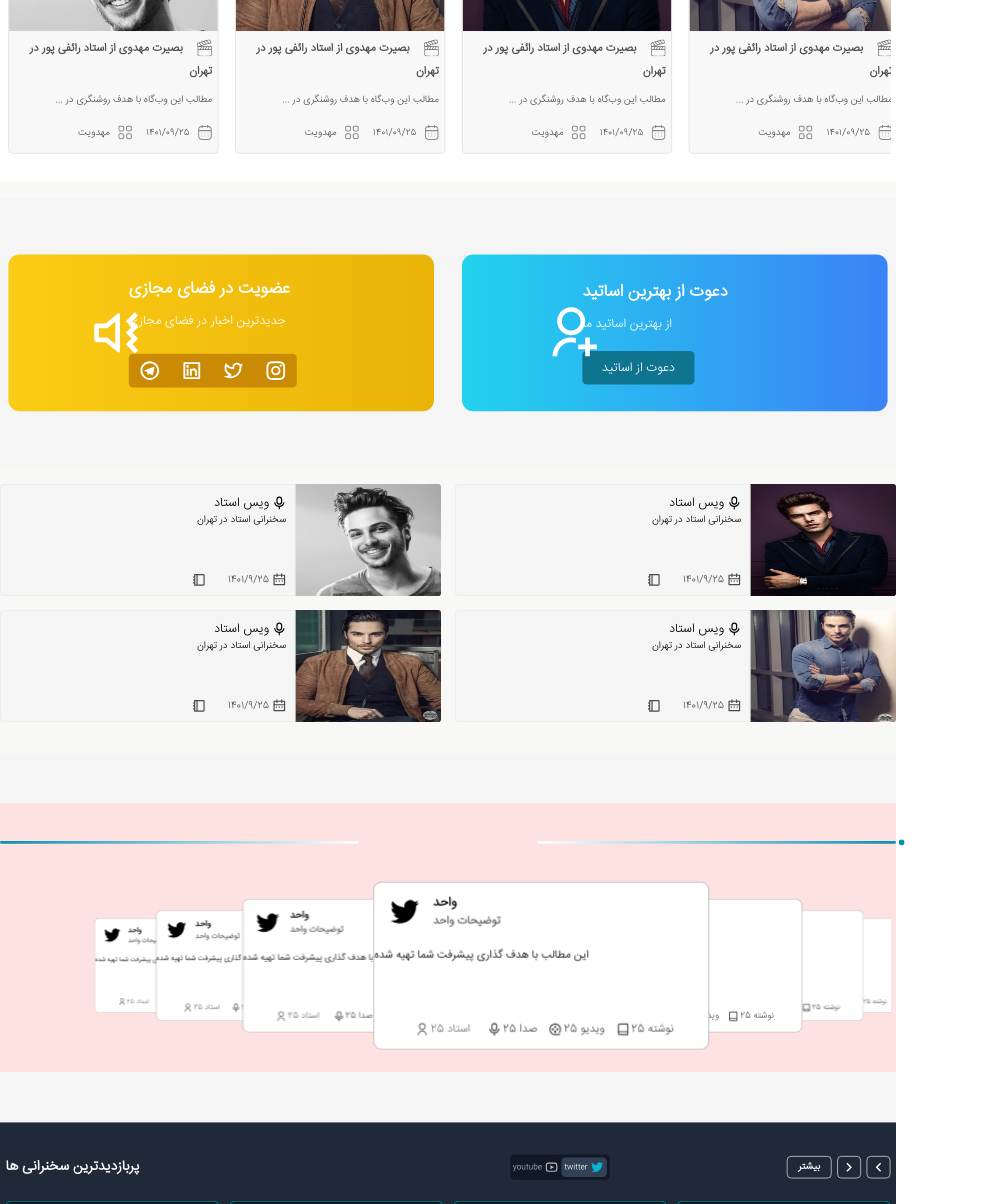
Repository: homan-tehrani/uiUserNative
Page: /
An editor plug-in stored every save of this project. The page is shown before and after the next save, followed by the edit.
The browser window is 1280 px wide. The page is 1432 px wide, so the pictures cover 1432 px, including what lies to the right of the window. The pictures show the part of the page from y = 1179 to 2899 px (the page is 5134 px tall), at 70% of full size.
The page's requests for data from a server got no answer. The project was rebuilt for these pictures with package versions that can differ from the ones it lists, and the page was loaded fresh each time. The framework's server and built-in components were replaced by stand-ins that run in the browser. No one was signed in, and anything a server would have sent is missing. Also part of the build but not shown: next.config.js, src/components/MenuForUnits.js, src/components/AccordionForUnits.js, src/components/MenuResponsive.js.

Above is the page before, as saved 2023-04-25 03:02:42.

### src/pages/_app.js
import Layoute from 'components/layout/Layoute'
import 'styles/globals.css'

export default function App({ Component, pageProps }) {
  return <Layoute>
    <Component {...pageProps} />
  </Layoute>
}

### src/pages/index.js
import Head from 'next/head';
import Layoute from '../components/layout/Layoute';
import Loading from '../components/loading';
import Slider from '../components/Slider';
import Album1 from '../components/Album1';
import Invitation from '../components/Invitation';
import Album2 from '../components/Album2';
import Description from '../components/Description';
import Album3 from '../components/Album3';
import Suggestion from '../components/Suggestion';
import { useEffect } from 'react';

export default function Home({ datas }) {
  return (
    <>
      <Head>
        <title>خانه</title>
        <meta
          name="description"
          content="Generated by create next app"
        />
        <meta
          name="viewport"
          content="width=device-width, initial-scale=1"
        />
        <link rel="icon" href="/favicon.ico" />
      </Head>
      <main className="bg-[#F8F8F6]">

        <>
          <Slider />
          <Album1 />
          <Invitation />
          <Album2 />
          <Description />
          <Album3 />
          <Suggestion />
        </>

      </main>
    </>
  );
}

// export async function getStaticProps(context){

//   const res = await fetch("https://nativecontent.sirafgroup.com/api/v1/tag/contentByTag/")
//   const data = await res.json(res)
//   console.log(data);

//   if (!data) {
//     return {
//       notFound: true,
//     }
//   }

//   return{
//     props: {

//     }
//   }

// }

### src/components/layout/Layoute.js
import React from "react";
import Header from "./Header";
import Fotter from "./Fotter";
import Speech from "../Speech";

export default function Layoute({ children , datas }) {
  return (
    <>
      <Header  />
      <div>{children}</div>
      <Speech />
      <Fotter datas={datas} />
    </>
  );
}

### src/styles/globals.css
@tailwind base;
@tailwind components;
@tailwind utilities;

@font-face {
    font-family: iransans;
    src: url("../../public/assets/fonts/iransans/irsans-l.woff");
}

html , body{
    font-family: iransans;
  }

.slider-master
.swiper-pagination-bullet{
  width: 14px;
  height: 14px;
  background-color: #3998AC;
}

.slider-master
.swiper-pagination-bullet-active {
  width: 60px;
  border-radius: 60px;
}

### src/components/loading.js
const Loading =()=> {
    return (
      <div className="w-full h-full flex justify-center items-center py-5">
        <svg aria-hidden="true" class="w-12 h-12 text-gray-200 animate-spin dark:text-gray-600 fill-cyan-600" viewBox="0 0 100 101" fill="none" xmlns="http://www.w3.org/2000/svg">
            <path d="M100 50.5908C100 78.2051 77.6142 100.591 50 100.591C22.3858 100.591 0 78.2051 0 50.5908C0 22.9766 22.3858 0.59082 50 0.59082C77.6142 0.59082 100 22.9766 100 50.5908ZM9.08144 50.5908C9.08144 73.1895 27.4013 91.5094 50 91.5094C72.5987 91.5094 90.9186 73.1895 90.9186 50.5908C90.9186 27.9921 72.5987 9.67226 50 9.67226C27.4013 9.67226 9.08144 27.9921 9.08144 50.5908Z" fill="currentColor"/>
            <path d="M93.9676 39.0409C96.393 38.4038 97.8624 35.9116 97.0079 33.5539C95.2932 28.8227 92.871 24.3692 89.8167 20.348C85.8452 15.1192 80.8826 10.7238 75.2124 7.41289C69.5422 4.10194 63.2754 1.94025 56.7698 1.05124C51.7666 0.367541 46.6976 0.446843 41.7345 1.27873C39.2613 1.69328 37.813 4.19778 38.4501 6.62326C39.0873 9.04874 41.5694 10.4717 44.0505 10.1071C47.8511 9.54855 51.7191 9.52689 55.5402 10.0491C60.8642 10.7766 65.9928 12.5457 70.6331 15.2552C75.2735 17.9648 79.3347 21.5619 82.5849 25.841C84.9175 28.9121 86.7997 32.2913 88.1811 35.8758C89.083 38.2158 91.5421 39.6781 93.9676 39.0409Z" fill="currentFill"/>
        </svg>
      </div>
    );
  }

  export default Loading;

### src/components/Slider.js
import React, { useEffect, useState } from "react";
import { Swiper, SwiperSlide } from "swiper/react";
import { Navigation, EffectFade, Pagination, Scrollbar, A11y } from "swiper";
import { useRef } from "react";
import Loading from "./loading";
import ImageProfile from "assets/images/image.jpg";

import "swiper/css";
import "swiper/css/navigation";
import "swiper/css/pagination";
import "swiper/css/scrollbar";
import { sliderPhoto } from "../../src/db.json";
import Survey from "./Survey";

export default function Slider() {
  const [imagesSlider, setImagesSlider] = useState(null);
  const swiperRef = useRef();

  useEffect(() => {
    setImagesSlider(sliderPhoto);
  }, []);

  if (!imagesSlider) {
    return <Loading />;
  }

  return (
    <div className="container mx-auto w-full h-full  py-7 px-2">
      <Swiper
        wrapperClass="w-full"
        modules={[Navigation, Pagination, Scrollbar, A11y, EffectFade, Pagination]}
        spaceBetween="auto"
        loop={true}
        autoplay={{
          delay: 1000,
          disableOnInteraction: false,
        }}
        navigation={{
            nextEl: '.swiper-button-next',
            prevEl: '.swiper-button-prev',
        }}
        onBeforeInit={(swiper) => {
          swiperRef.current = swiper;
        }}
        slidesPerView={1}
        effect="fade"
        className="slider-master max-h-[32rem] min-h-full rounded-3xl overflow-hidden"
      >
        {imagesSlider.map((item) => (
          <SwiperSlide key={item.id} className="w-full h-full">
            <img
              className="w-full h-[32rem] object-cover"
              src="assets/images/image.jpg"
            />
          </SwiperSlide>
        ))}
        <div
          className="swiper-button-prev !text-white mx-8 after:!text-4xl"
        ></div>
        <div
          className="swiper-button-next !text-white mx-8 after:!text-4xl"
        ></div>

      </Swiper>
      <div className="custom-pagination"></div>
      <Survey/>

       </div>

  );
}

### src/components/Album2.js
import React, { useRef, useState , useEffect } from "react";
import { Swiper, SwiperSlide } from "swiper/react";
import Loading from "./loading";
import MorSpeech from "components/MorSpeech";
import Link from "next/link";

import "swiper/css";
import "swiper/css/grid";
import "swiper/css/pagination";
import { Grid, Pagination ,Navigation} from "swiper";
import {albumPhoto2} from "db.json"

export default function Album2() {
    const [itmes , setItems]= useState([])
    const swiperRef = useRef();
    useEffect(() => {
      setItems(albumPhoto2);
    }, []);

    const prevSlideHandler =()=>{
        swiperRef.current?.slidePrev();
    }

  return (
    <div className=" container px-2z mx-auto ">
    <div className=" mb-6 ">
    </div>
      <Swiper
        slidesPerView={3}
        grid={{
          rows: 2,
        }}
        spaceBetween={20}
        modules={[Grid, Pagination, Navigation]}
        onBeforeInit={(swiper) => {
          swiperRef.current = swiper;
        }}
        breakpoints={{
          // when window width is >= 640px
          0: {
            slidesPerView: 1,
          },
          640: {
            slidesPerView: 2,
          },
          1370: {
            slidesPerView: 3,
          },
        }}
        className="w-full h-96  "
      >
        {itmes.map(item=>
            <SwiperSlide key={item.id} className="!flex !h-40 rounded overflow-hidden ">
                <Link href="/units" dir="rtl" className="flex cursor-pointer w-full  h-full rounded-l-md ">
                    <div className="w-1/2 h-full">
                        <img className="w-full h-full" src={item.src} alt={item.alt} />
                    </div>
                    <div className="flex flex-col justify-between h-full w-full py-3 pr-3 bg-neutral-100 border rounded-l-md">
                    <div>
                        <div className="flex items-center gap-x-1">
                        <svg xmlns="http://www.w3.org/2000/svg" viewBox="0 0 24 24" width="20" height="20"><path fill="none" d="M0 0h24v24H0z"/><path d="M12 3a3 3 0 0 0-3 3v4a3 3 0 0 0 6 0V6a3 3 0 0 0-3-3zm0-2a5 5 0 0 1 5 5v4a5 5 0 0 1-10 0V6a5 5 0 0 1 5-5zM3.055 11H5.07a7.002 7.002 0 0 0 13.858 0h2.016A9.004 9.004 0 0 1 13 18.945V23h-2v-4.055A9.004 9.004 0 0 1 3.055 11z"/></svg>
                        <p className="text-lg">ویس استاد</p>
                        </div>

                        <p className="text-sm">سخنرانی استاد در تهران</p>
                    </div>

                    <div dir="rtl" className="flex gap-x-8 opacity-70 text-sm ">
                            <div className="flex gap-x-1">
                            <svg xmlns="http://www.w3.org/2000/svg" viewBox="0 0 24 24" width="20" height="20"><path fill="none" d="M0 0h24v24H0z"/><path d="M17 3h4a1 1 0 0 1 1 1v16a1 1 0 0 1-1 1H3a1 1 0 0 1-1-1V4a1 1 0 0 1 1-1h4V1h2v2h6V1h2v2zm3 8H4v8h16v-8zm-5-6H9v2H7V5H4v4h16V5h-3v2h-2V5zm-9 8h2v2H6v-2zm5 0h2v2h-2v-2zm5 0h2v2h-2v-2z"/></svg>
                            <p>1401/9/25</p>
                            </div>

                            <svg xmlns="http://www.w3.org/2000/svg" viewBox="0 0 24 24" width="20" height="20"><path fill="none" d="M0 0h24v24H0z"/><path d="M20.005 2C21.107 2 22 2.898 22 3.99v16.02c0 1.099-.893 1.99-1.995 1.99H4v-4H2v-2h2v-3H2v-2h2V8H2V6h2V2h16.005zM8 4H6v16h2V4zm12 0H10v16h10V4z"/></svg>
                         </div>
                    </div>
                    </Link>


            </SwiperSlide>
            )}

      </Swiper>
    </div>
  );
}

### src/components/Speech.js
import React, { useEffect, useState } from "react";
import Loading from "./loading";
import {speech} from "../../src/db.json"

export default function Speech({ datas }) {
  const [imageSpeech, setImageSpeech] = useState(null);
  useEffect(() => {
    setImageSpeech(speech);
  }, []);

  if (!imageSpeech) {
    return <Loading />;
  }
  return (
    <div className="w-full flex justify-center items-center relative ">
      <div className="flex flex-col w-full h-max">
        <div className="flex flex-col w-full ">
          <img
            src={imageSpeech[0].src}
            alt={imageSpeech[0].alt}
            className="w-full h-full object-cover"
          />
        </div>
      </div>
    </div>
  );
}

### src/components/MorSpeech.js
import React from 'react'


export default function MorSpeech({nextButtonHandler , prevButtonHandler , icons , underline , content , colorIcon , colorText , classMore , moreHandler,addHandler}) {

  return (
    <div  className='flex flex-col justify-center   w-full h-max '>
      <div className='flex justify-between items-center gap-x-0   md:px-0 xs:gap-x-6 '>
        <p className={`${colorText} font-bold text-xl`}>{content}</p>

        {icons && <div  className='flex items-center justify-center w-max gap-x-1 h-8 bg-gray-900 ml-96 text-xsm text-white  px-1 rounded-sm'>

        <button className='flex items-center justify-center gap-x-1 opacity-70'>
        <p>youtube</p>
        <svg xmlns="http://www.w3.org/2000/svg" className='fill-white' viewBox="0 0 24 24" width="20" height="20"><path fill="none" d="M0 0h24v24H0z"/><path d="M19.606 6.995c-.076-.298-.292-.523-.539-.592C18.63 6.28 16.5 6 12 6s-6.628.28-7.069.403c-.244.068-.46.293-.537.592C4.285 7.419 4 9.196 4 12s.285 4.58.394 5.006c.076.297.292.522.538.59C5.372 17.72 7.5 18 12 18s6.629-.28 7.069-.403c.244-.068.46-.293.537-.592C19.715 16.581 20 14.8 20 12s-.285-4.58-.394-5.005zm1.937-.497C22 8.28 22 12 22 12s0 3.72-.457 5.502c-.254.985-.997 1.76-1.938 2.022C17.896 20 12 20 12 20s-5.893 0-7.605-.476c-.945-.266-1.687-1.04-1.938-2.022C2 15.72 2 12 2 12s0-3.72.457-5.502c.254-.985.997-1.76 1.938-2.022C6.107 4 12 4 12 4s5.896 0 7.605.476c.945.266 1.687 1.04 1.938 2.022zM10 15.5v-7l6 3.5-6 3.5z"/></svg>
            </button>
        <button className='flex items-center justify-center gap-x-1 bg-slate-700 p-1 rounded-md'>
        <p>twitter</p>
          <svg xmlns="http://www.w3.org/2000/svg" className='fill-cyan-500' viewBox="0 0 24 24" width="20" height="20"><path fill="none" d="M0 0h24v24H0z"/><path d="M22.162 5.656a8.384 8.384 0 0 1-2.402.658A4.196 4.196 0 0 0 21.6 4c-.82.488-1.719.83-2.656 1.015a4.182 4.182 0 0 0-7.126 3.814 11.874 11.874 0 0 1-8.62-4.37 4.168 4.168 0 0 0-.566 2.103c0 1.45.738 2.731 1.86 3.481a4.168 4.168 0 0 1-1.894-.523v.052a4.185 4.185 0 0 0 3.355 4.101 4.21 4.21 0 0 1-1.89.072A4.185 4.185 0 0 0 7.97 16.65a8.394 8.394 0 0 1-6.191 1.732 11.83 11.83 0 0 0 6.41 1.88c7.693 0 11.9-6.373 11.9-11.9 0-.18-.005-.362-.013-.54a8.496 8.496 0 0 0 2.087-2.165z"/></svg>

          </button>
        </div>}
        <div className='flex gap-x-2 '>
            <button onClick={()=>moreHandler} className={`text-${classMore} border border-${classMore} xs:w-12 font-bold text-sm rounded-md w-16 h-8`}>بیشتر</button>
            <button className='border rounded-md px-1' onClick={prevButtonHandler}>
            <svg xmlns="http://www.w3.org/2000/svg" className={colorIcon} viewBox="0 0 24 24" width="24" height="24"><path fill="none" d="M0 0h24v24H0z"/><path d="M13.172 12l-4.95-4.95 1.414-1.414L16 12l-6.364 6.364-1.414-1.414z"/></svg>
            </button>
            <button className='border rounded-md px-1 ' onClick={nextButtonHandler}>
            <svg xmlns="http://www.w3.org/2000/svg" className={colorIcon} viewBox="0 0 24 24" width="24" height="24"><path fill="none" d="M0 0h24v24H0z"/><path d="M10.828 12l4.95 4.95-1.414 1.414L8 12l6.364-6.364 1.414 1.414z"/></svg>
            </button>
        </div>
      </div>
      {underline && <div className='bg-blue-200 h-0.5 w-full mt-3 bg-gradient-to-l from-blue-300 to-white'></div>}
    </div>
  )
}

### tailwind.config.js
/** @type {import('tailwindcss').Config} */
module.exports = {
  content: [
    "./app/**/*.{js,ts,jsx,tsx}",
    "./pages/**/*.{js,ts,jsx,tsx}",
    "./components/**/*.{js,ts,jsx,tsx}",

    // Or if using `src` directory:
    "./src/**/*.{js,ts,jsx,tsx}",
  ],
  theme: {
    extend: {
      screens:{
        'xs':{'max':'430px'},
      },
      spacing: {
        '148': '37rem',
        '120':'36rem',
        '152':'42rem',
        '90':'25rem',
        '98':'28rem',
        '100':'30rem',
        '110':'33rem',
        'ppx':'0.5px',
        '400px': '400px',
        '300px':'300px',
        '1200px':'1200px',
        '370px':'370px',
        '305px':'305px',
        '282px':'282px'
      },
      fontSize:{
        tsm:['13px','19px'],
        ssm:['12px','18px'],
        xsm:['11px','17px'],
        xxsm:['10px','16px'],
        xxxsm:['8px','12px'],
      },
    },
  },
  plugins: [],
}

Loaded but not shown: src/components/Description.js (library); src/db.json (58 lines, source omitted); src/components/layout/Header.js (172 lines, source omitted); src/components/layout/Fotter.js (133 lines, source omitted); src/components/NavBar.js (92 lines, source omitted); src/components/Album1.js (130 lines, source omitted); src/components/Invitation.js (47 lines, source omitted); src/components/Survey.js (87 lines, source omitted); src/components/Album3.js (128 lines, source omitted); src/components/Suggestion.js (107 lines, source omitted)

After the next save:
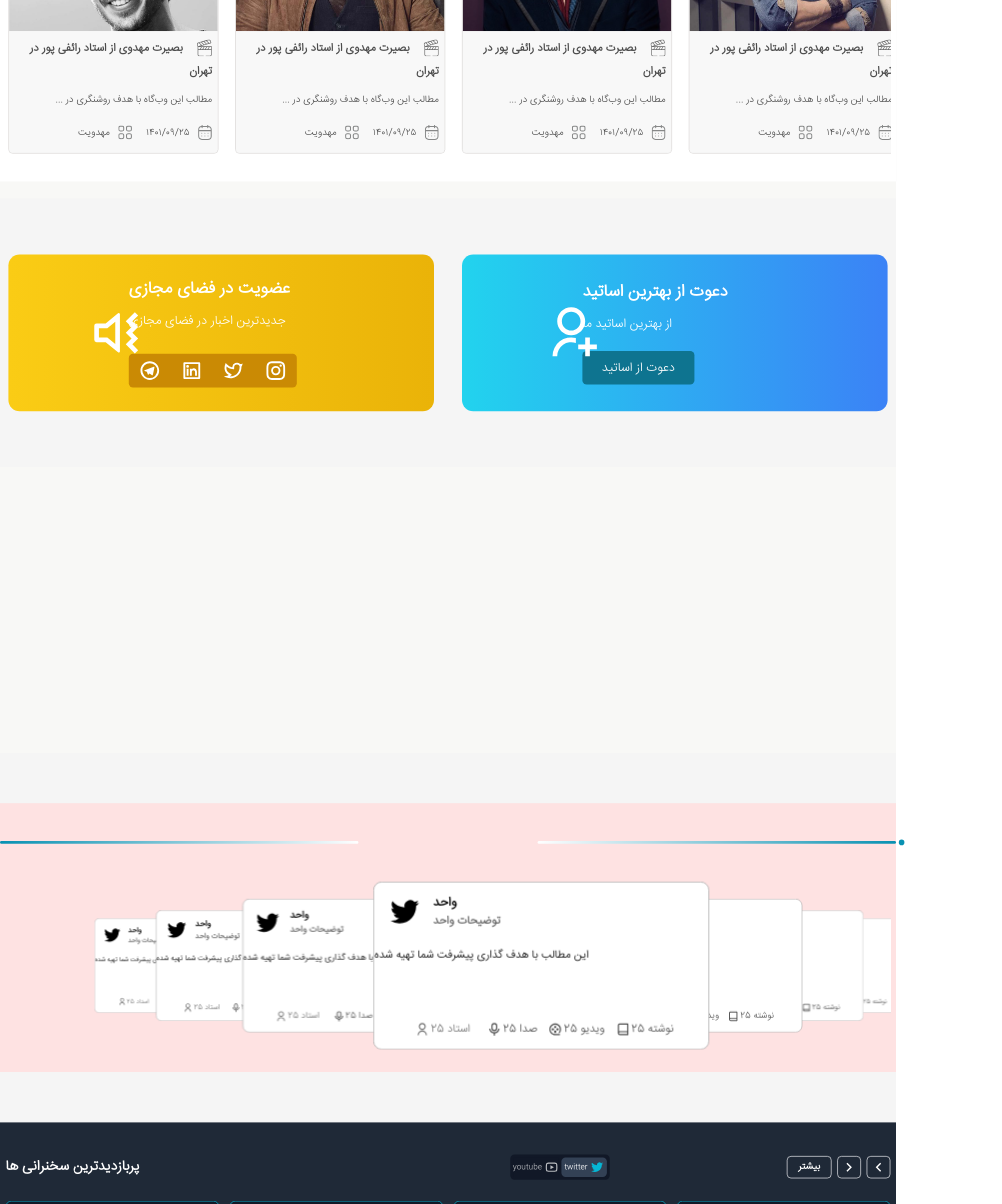
Saved 6 h 23 min later.
--- a/src/components/Album2.js
+++ b/src/components/Album2.js
@@ -1,30 +1,38 @@
-import React, { useRef, useState , useEffect } from "react";
-import { Swiper, SwiperSlide } from "swiper/react";
-import Loading from "./loading";
-import MorSpeech from "components/MorSpeech";
-import Link from "next/link";
+import React, { useRef, useState, useEffect } from 'react';
+import { Swiper, SwiperSlide } from 'swiper/react';
+import Loading from './loading';
+import MorSpeech from 'components/MorSpeech';
+import Link from 'next/link';
 
-import "swiper/css";
-import "swiper/css/grid";
-import "swiper/css/pagination";
-import { Grid, Pagination ,Navigation} from "swiper";
-import {albumPhoto2} from "db.json"
+import 'swiper/css';
+import 'swiper/css/grid';
+import 'swiper/css/pagination';
+import { Grid, Pagination, Navigation } from 'swiper';
+import { albumPhoto2 } from 'db.json';
 
 export default function Album2() {
-    const [itmes , setItems]= useState([])
-    const swiperRef = useRef();
-    useEffect(() => {
-      setItems(albumPhoto2);
-    }, []);
+  const [itmes, setItems] = useState([]);
+  const swiperRef = useRef();
+  useEffect(() => {
+    const fetchData = async () => {
+      const response = await fetch(
+        'https://nativecontent.sirafgroup.com/api/v1/category/contentByCategory/?categoryId=1&count=10'
+      );
+      const data = await response.json();
+      setItems(data?.data);
+    };
+    fetchData();
+  }, []);
 
-    const prevSlideHandler =()=>{
-        swiperRef.current?.slidePrev();
-    }
+  const prevSlideHandler = () => {
+    swiperRef.current?.slidePrev();
+  };
+
+  console.log(itmes);
 
   return (
     <div className=" container px-2z mx-auto ">
-    <div className=" mb-6 ">
-    </div>
+      <div className=" mb-6 "></div>
       <Swiper
         slidesPerView={3}
         grid={{
@@ -49,37 +57,78 @@ export default function Album2() {
         }}
         className="w-full h-96  "
       >
-        {itmes.map(item=>
-            <SwiperSlide key={item.id} className="!flex !h-40 rounded overflow-hidden ">
-                <Link href="/units" dir="rtl" className="flex cursor-pointer w-full  h-full rounded-l-md ">
-                    <div className="w-1/2 h-full">
-                        <img className="w-full h-full" src={item.src} alt={item.alt} />
-                    </div>
-                    <div className="flex flex-col justify-between h-full w-full py-3 pr-3 bg-neutral-100 border rounded-l-md">
-                    <div>
-                        <div className="flex items-center gap-x-1">
-                        <svg xmlns="http://www.w3.org/2000/svg" viewBox="0 0 24 24" width="20" height="20"><path fill="none" d="M0 0h24v24H0z"/><path d="M12 3a3 3 0 0 0-3 3v4a3 3 0 0 0 6 0V6a3 3 0 0 0-3-3zm0-2a5 5 0 0 1 5 5v4a5 5 0 0 1-10 0V6a5 5 0 0 1 5-5zM3.055 11H5.07a7.002 7.002 0 0 0 13.858 0h2.016A9.004 9.004 0 0 1 13 18.945V23h-2v-4.055A9.004 9.004 0 0 1 3.055 11z"/></svg>
-                        <p className="text-lg">ویس استاد</p>
-                        </div>
+        {itmes.map((item) => (
+          <SwiperSlide
+            key={item.id}
+            className="!flex !h-40 rounded overflow-hidden "
+          >
+            <Link
+              href={`/units/${item.id}`}
+              dir="rtl"
+              className="flex cursor-pointer w-full  h-full rounded-l-md "
+            >
+              <div className="w-1/3 h-full">
+                <img
+                  className="w-full h-full"
+                  src={item.coverImage}
+                  alt={item.title}
+                />
+              </div>
+              <div className="flex flex-col w-2/3 justify-between h-full py-3 pr-3 bg-neutral-100 border rounded-l-md">
+                <div>
+                  <div className="flex items-center gap-x-1">
+                    <svg
+                      xmlns="http://www.w3.org/2000/svg"
+                      viewBox="0 0 24 24"
+                      width="20"
+                      height="20"
+                    >
+                      <path fill="none" d="M0 0h24v24H0z" />
+                      <path d="M12 3a3 3 0 0 0-3 3v4a3 3 0 0 0 6 0V6a3 3 0 0 0-3-3zm0-2a5 5 0 0 1 5 5v4a5 5 0 0 1-10 0V6a5 5 0 0 1 5-5zM3.055 11H5.07a7.002 7.002 0 0 0 13.858 0h2.016A9.004 9.004 0 0 1 13 18.945V23h-2v-4.055A9.004 9.004 0 0 1 3.055 11z" />
+                    </svg>
+                    <p className="text-lg font-bold truncate w-full">
+                      {item?.title}
+                    </p>
+                  </div>
 
-                        <p className="text-sm">سخنرانی استاد در تهران</p>
-                    </div>
+                  <p className="text-sm text-slate-500 mt-2">
+                    {item?.summary?.substring(0, 100)}...
+                  </p>
+                </div>
 
-                    <div dir="rtl" className="flex gap-x-8 opacity-70 text-sm ">
-                            <div className="flex gap-x-1">
-                            <svg xmlns="http://www.w3.org/2000/svg" viewBox="0 0 24 24" width="20" height="20"><path fill="none" d="M0 0h24v24H0z"/><path d="M17 3h4a1 1 0 0 1 1 1v16a1 1 0 0 1-1 1H3a1 1 0 0 1-1-1V4a1 1 0 0 1 1-1h4V1h2v2h6V1h2v2zm3 8H4v8h16v-8zm-5-6H9v2H7V5H4v4h16V5h-3v2h-2V5zm-9 8h2v2H6v-2zm5 0h2v2h-2v-2zm5 0h2v2h-2v-2z"/></svg>
-                            <p>1401/9/25</p>
-                            </div>
+                <div
+                  dir="rtl"
+                  className="flex gap-x-8 opacity-70 text-sm "
+                >
+                  <div className="flex gap-x-1">
+                    <svg
+                      xmlns="http://www.w3.org/2000/svg"
+                      viewBox="0 0 24 24"
+                      width="20"
+                      height="20"
+                    >
+                      <path fill="none" d="M0 0h24v24H0z" />
+                      <path d="M17 3h4a1 1 0 0 1 1 1v16a1 1 0 0 1-1 1H3a1 1 0 0 1-1-1V4a1 1 0 0 1 1-1h4V1h2v2h6V1h2v2zm3 8H4v8h16v-8zm-5-6H9v2H7V5H4v4h16V5h-3v2h-2V5zm-9 8h2v2H6v-2zm5 0h2v2h-2v-2zm5 0h2v2h-2v-2z" />
+                    </svg>
+                    <p>1401/9/25</p>
+                  </div>
 
-                            <svg xmlns="http://www.w3.org/2000/svg" viewBox="0 0 24 24" width="20" height="20"><path fill="none" d="M0 0h24v24H0z"/><path d="M20.005 2C21.107 2 22 2.898 22 3.99v16.02c0 1.099-.893 1.99-1.995 1.99H4v-4H2v-2h2v-3H2v-2h2V8H2V6h2V2h16.005zM8 4H6v16h2V4zm12 0H10v16h10V4z"/></svg>
-                         </div>
-                    </div>
-                    </Link>
-
-
-            </SwiperSlide>
-            )}
-
+                  <svg
+                    xmlns="http://www.w3.org/2000/svg"
+                    viewBox="0 0 24 24"
+                    width="20"
+                    height="20"
+                    className="inline"
+                  >
+                    <path fill="none" d="M0 0h24v24H0z" />
+                    <path d="M20.005 2C21.107 2 22 2.898 22 3.99v16.02c0 1.099-.893 1.99-1.995 1.99H4v-4H2v-2h2v-3H2v-2h2V8H2V6h2V2h16.005zM8 4H6v16h2V4zm12 0H10v16h10V4z" />
+                  </svg>
+                  <span>مهدویت</span>
+                </div>
+              </div>
+            </Link>
+          </SwiperSlide>
+        ))}
       </Swiper>
     </div>
   );
